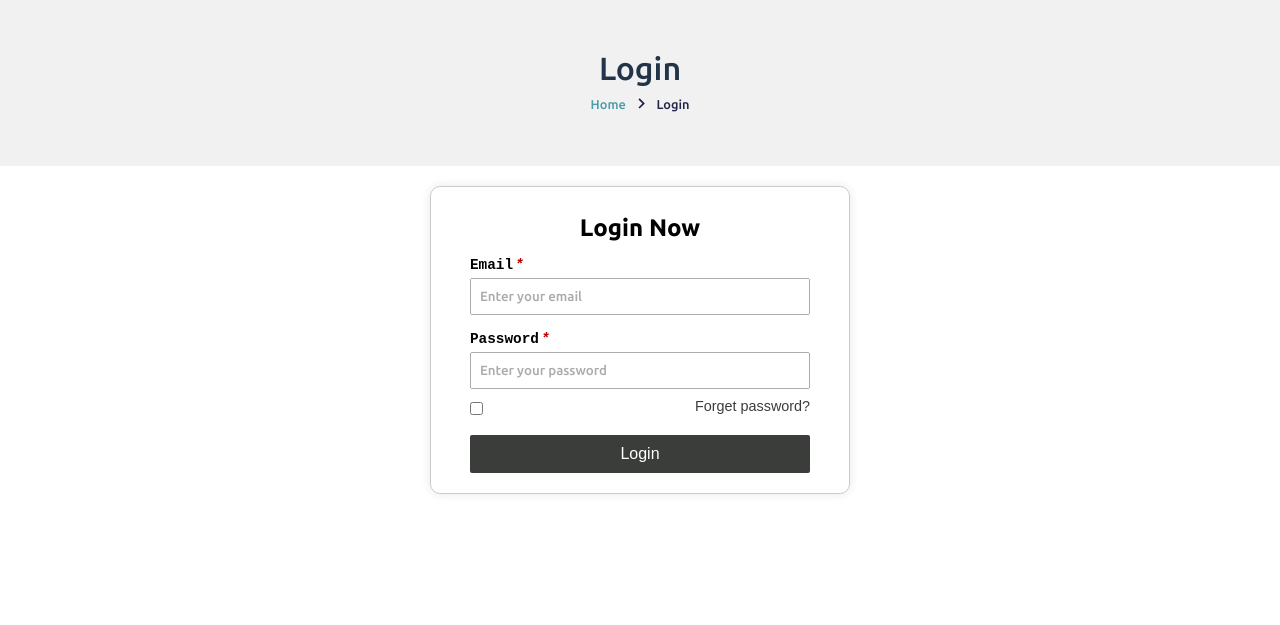
Repository: jkvekariya/Online-store-Management
Page: /auth/login (app in frontend/client/)
The author's editor kept a copy of each file at every save. The page is drawn from the files as they stood at one save, then again after the next save.
The browser window is 1280 px wide. The pictures show the whole page.
Some web fonts or font styles are not loaded; a fallback is used. The project was rebuilt for these pictures with package versions that can differ from the ones it lists, and the page was loaded fresh each time. Also part of the build but not shown: frontend/client/vite.config.js, frontend/client/src/css/header.css, frontend/client/src/css/sidebar.css, frontend/client/src/components/Sidebar.jsx, frontend/client/src/context/CartContext.jsx, frontend/client/src/components/Header.jsx, frontend/client/src/css/footer.css, frontend/client/src/components/Footer.jsx and 11 more.

Above is the page before, as saved 2026-01-02 14:55:38.

After the next save:
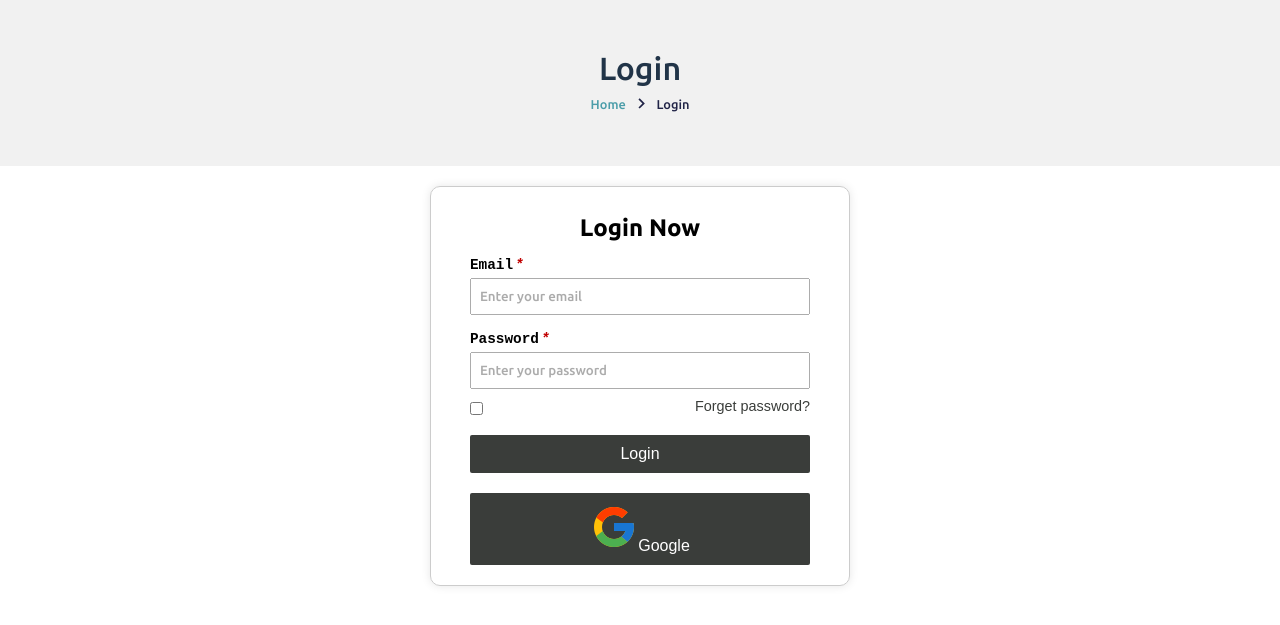
Saved 9 min 39 s later.
--- a/frontend/client/src/pages/auth/Login.jsx
+++ b/frontend/client/src/pages/auth/Login.jsx
@@ -39,6 +39,9 @@ const Login = () => {
       <div className='btn'>
         <button onClick={() => {}}>Login</button>
       </div>
+      <div className='btn'>
+        <button onClick={() => {}}><img src='../../../public/photos/google-icon.png'/>Google</button>
+      </div>
     </div>
     </>
   )
